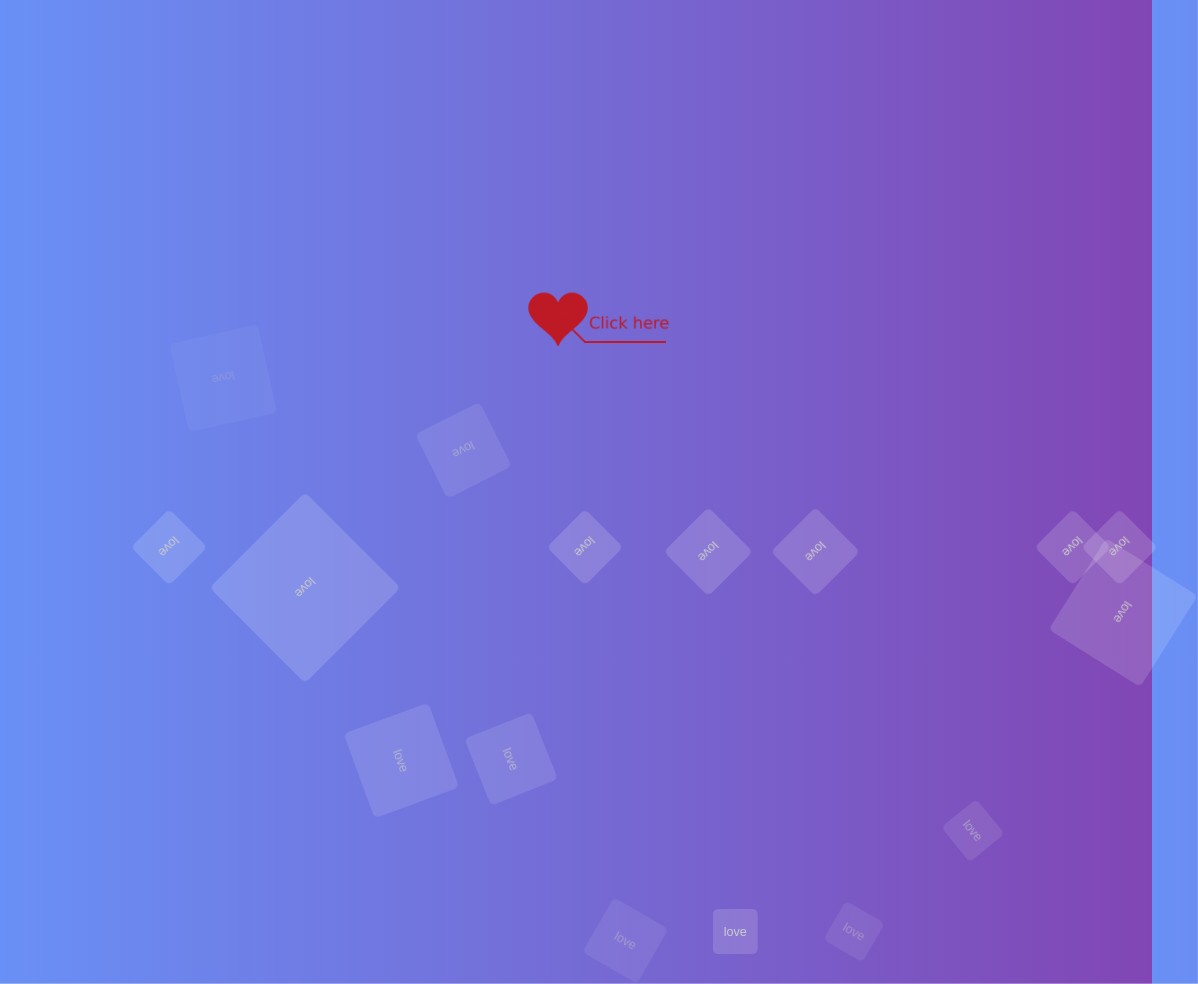
Repository: ddshiyu/qiongqiong
Page: index.html
The author's editor kept a copy of each file at every save. The page is drawn from the files as they stood at one save, then again after the next save.
The browser window is 1280 px wide. The page is 1331 px wide, then 1280 px, so the pictures cover 1331 px, including what lies to the right of the window. The pictures show the whole page, at 90% of full size.

Above is the page before, as saved 2019-12-31 19:16:27.

### index.html
<!DOCTYPE html>

<html xml:lang="en" xmlns="http://www.w3.org/1999/xhtml">

<head>
    <meta http-equiv="Content-Type" content="text/html; charset=UTF-8">
    <title>I will</title>
    <link type="text/css" rel="stylesheet" href="renxi/default.css">
    <script type="text/javascript" src="renxi/jquery.min.js"></script>
    <script type="text/javascript" src="renxi/jscex.min.js"></script>
    <script type="text/javascript" src="renxi/jscex-parser.js"></script>
    <script type="text/javascript" src="renxi/jscex-jit.js"></script>
    <script type="text/javascript" src="renxi/jscex-builderbase.min.js"></script>
    <script type="text/javascript" src="renxi/jscex-async.min.js"></script>
    <script type="text/javascript" src="renxi/jscex-async-powerpack.min.js"></script>
    <script type="text/javascript" src="renxi/functions.js" charset="utf-8"></script>
    <script type="text/javascript" src="renxi/love.js" charset="utf-8"></script>
    <link rel="stylesheet" href="./index.css">
    <style type="text/css">

    </style>
</head>

<body>
    <audio autoplay="autopaly">
        <source src="renxi.mp3" type="audio/mp3" />
    </audio>
    <div id="main">
        <ul class="ball-box">
        <li>love</li>
        <li>love</li>
        <li>love</li>
        <li>love</li>
        <li>love</li>
        <li>love</li>
        <li>love</li>
        <li>love</li>
        <li>love</li>
        <li>love</li>
        <li>love</li>
        <li>love</li>
        <li>love</li>
        <li>love</li>
        <li>love</li>
        <li>love</li>
    </ul>
        <div id="error">本页面采用HTML5编辑，目前您的浏览器无法显示，请换成谷歌(<a
                href="http://www.google.cn/chrome/intl/zh-CN/landing_chrome.html?hl=zh-CN&brand=CHMI">Chrome</a>)或者火狐(<a
                href="http://firefox.com.cn/download/">Firefox</a>)浏览器，或者其他游览器的最新版本。</div>
        <div id="wrap">
            <div id="text">
                <div id="code">
                    <font color="#FF0000">
                            <span>新年快乐，又到了新的一年了</span><br>
                            <span>新的一年一定要立超多flag啊</span><br>
                            <span>说不定就实现了</span><br>
                            <span>琼琼一定要开心</span><br>
                            <span>新工作也要得心应手</span><br>
                            <span>你想学的东西也要坚持学会</span><br>
                            <span>能吃是福，想吃的东西千万不要犹豫</span><br>
                            <span>羡慕你的睡眠，能睡昏天黑地</span><br>
                            <span class="say"> 我知道我不会甜言蜜语，</span><br>
                            <span class="say"> 有些东西因为越在乎所以越怕失去</span><br>
                            <span class="say"> 有时候在你面前好像有点幼稚了</span><br>
                            <span class="say"> 我也要改变这个状态</span><br>
                            <span class="say"> 新的一年，琼琼冲鸭</span><br>
                            <span class="say"> fighting!</span><br>
                            <span class="space"></<span>-- to最好的姑娘</span> </font>
                    <br />
                    <br />
                    </p>
                </div>
            </div>

            <div id="clock-box"> <span class="STYLE1"></span>
                <font color="#FF4500">不知不觉已经认识琼琼</font>
                <span class="STYLE1">
                </span>
                <div id="clock"></div>
            </div>
            <canvas id="canvas" width="1100" height="680"></canvas>
        </div>
    </div>
    <script>
    </script>
    <script>
        (function () {
            var canvas = $('#canvas');

            if (!canvas[0].getContext) {
                $("#error").show();
                return false;
            }

            var width = canvas.width();
            var height = canvas.height();
            canvas.attr("width", width);
            canvas.attr("height", height);
            var opts = {
                seed: {
                    x: width / 2 - 20,
                    color: "rgb(190, 26, 37)",
                    scale: 2
                },
                branch: [
                    [535, 680, 570, 250, 500, 200, 30, 100, [
                        [540, 500, 455, 417, 340, 400, 13, 100, [
                            [450, 435, 434, 430, 394, 395, 2, 40]
                        ]],
                        [550, 445, 600, 356, 680, 345, 12, 100, [
                            [578, 400, 648, 409, 661, 426, 3, 80]
                        ]],
                        [539, 281, 537, 248, 534, 217, 3, 40],
                        [546, 397, 413, 247, 328, 244, 9, 80, [
                            [427, 286, 383, 253, 371, 205, 2, 40],
                            [498, 345, 435, 315, 395, 330, 4, 60]
                        ]],
                        [546, 357, 608, 252, 678, 221, 6, 100, [
                            [590, 293, 646, 277, 648, 271, 2, 80]
                        ]]
                    ]]
                ],
                bloom: {
                    num: 700,
                    width: 1080,
                    height: 650,
                },
                footer: {
                    width: 1200,
                    height: 5,
                    speed: 10,
                }
            }

            var tree = new Tree(canvas[0], width, height, opts);
            var seed = tree.seed;
            var foot = tree.footer;
            var hold = 1;

            canvas.click(function (e) {
                var offset = canvas.offset(), x, y;
                x = e.pageX - offset.left;
                y = e.pageY - offset.top;
                if (seed.hover(x, y)) {
                    hold = 0;
                    canvas.unbind("click");
                    canvas.unbind("mousemove");
                    canvas.removeClass('hand');
                }
            }).mousemove(function (e) {
                var offset = canvas.offset(), x, y;
                x = e.pageX - offset.left;
                y = e.pageY - offset.top;
                canvas.toggleClass('hand', seed.hover(x, y));
            });

            var seedAnimate = eval(Jscex.compile("async", function () {
                seed.draw();
                while (hold) {
                    $await(Jscex.Async.sleep(10));
                }
                while (seed.canScale()) {
                    seed.scale(0.95);
                    $await(Jscex.Async.sleep(10));
                }
                while (seed.canMove()) {
                    seed.move(0, 2);
                    foot.draw();
                    $await(Jscex.Async.sleep(10));
                }
            }));

            var growAnimate = eval(Jscex.compile("async", function () {
                do {
                    tree.grow();
                    $await(Jscex.Async.sleep(10));
                } while (tree.canGrow());
            }));

            var flowAnimate = eval(Jscex.compile("async", function () {
                do {
                    tree.flower(2);
                    $await(Jscex.Async.sleep(10));
                } while (tree.canFlower());
            }));

            var moveAnimate = eval(Jscex.compile("async", function () {
                tree.snapshot("p1", 240, 0, 610, 680);
                while (tree.move("p1", 500, 0)) {
                    foot.draw();
                    $await(Jscex.Async.sleep(10));
                }
                foot.draw();
                tree.snapshot("p2", 500, 0, 610, 680);

                // 会有闪烁不得意这样做, (＞﹏＜)
                canvas.parent().css("background", "url(" + tree.toDataURL('image/png') + ")");
                canvas.css("background", "#ffe");
                $await(Jscex.Async.sleep(300));
                canvas.css("background", "none");
            }));

            var jumpAnimate = eval(Jscex.compile("async", function () {
                var ctx = tree.ctx;
                while (true) {
                    tree.ctx.clearRect(0, 0, width, height);
                    tree.jump();
                    foot.draw();
                    $await(Jscex.Async.sleep(25));
                }
            }));

            var textAnimate = eval(Jscex.compile("async", function () {
                var together = new Date();
                together.setFullYear(2019, 4, 10); 			//时间年月日
                together.setHours(0);						//小时
                together.setMinutes(0);					//分钟
                together.setSeconds(0);					//秒前一位
                together.setMilliseconds(0);				//秒第二位

                $("#code").show().typewriter();
                $("#clock-box").fadeIn(500);
                while (true) {
                    timeElapse(together);
                    $await(Jscex.Async.sleep(1000));
                }
            }));

            var runAsync = eval(Jscex.compile("async", function () {
                $await(seedAnimate());
                $await(growAnimate());
                $await(flowAnimate());
                $await(moveAnimate());

                textAnimate().start();

                $await(jumpAnimate());
            }));

            runAsync().start();
        })();
    </script>


</body>

</html>

### renxi/default.css
body{margin:0;padding:0;background:#FF6A6A;font-size:14px;font-family:'微软雅黑','宋体',sans-serif;color:#231F20;overflow:auto}
a {color:#000;font-size:14px;}
#main{width:100%;}
#wrap{position:relative;margin:0 auto;width:1100px;height:680px;margin-top:10px;}
#text{width:272px;
height:560px;
left:188px;
top:80px;position:absolute;
}
#code{display:none;font-size:16px;}
#clock-box {position:absolute;left:60px;top:550px;font-size:28px;display:none;}
#clock-box a {font-size:28px;text-decoration:none;}
#clock{margin-left:48px;}
#clock .digit {font-size:64px;}
#canvas{margin:0 auto;width:1100px;height:680px;}
#error{margin:0 auto;text-align:center;margin-top:60px;display:none;}
.hand{cursor:pointer;}
.say{margin-left:5px;}
.space{margin-right:150px;}

### renxi/functions.js
/*
 * http://love.hackerzhou.me
 */

// variables
var $win = $(window);
var clientWidth = $win.width();
var clientHeight = $win.height();

$(window).resize(function() {
    var newWidth = $win.width();
    var newHeight = $win.height();
    if (newWidth != clientWidth && newHeight != clientHeight) {
        location.replace(location);
    }
});

(function($) {
	$.fn.typewriter = function() {
		this.each(function() {
			var $ele = $(this), str = $ele.html(), progress = 0;
			$ele.html('');
			var timer = setInterval(function() {
				var current = str.substr(progress, 1);
				if (current == '<') {
					progress = str.indexOf('>', progress) + 1;
				} else {
					progress++;
				}
				$ele.html(str.substring(0, progress) + (progress & 1 ? '_' : ''));
				if (progress >= str.length) {
					clearInterval(timer);
				}
			}, 75);
		});
		return this;
	};
})(jQuery);

function timeElapse(date){
	var current = Date();
	var seconds = (Date.parse(current) - Date.parse(date)) / 1000;
	var days = Math.floor(seconds / (3600 * 24));
	seconds = seconds % (3600 * 24);
	var hours = Math.floor(seconds / 3600);
	if (hours < 10) {
		hours = "0" + hours;
	}
	seconds = seconds % 3600;
	var minutes = Math.floor(seconds / 60);
	if (minutes < 10) {
		minutes = "0" + minutes;
	}
	seconds = seconds % 60;
	if (seconds < 10) {
		seconds = "0" + seconds;
	}
	var result = "第 <span class=\"digit\">" + days + "</span> 天 <span class=\"digit\">" + hours + "</span> 小时 <span class=\"digit\">" + minutes + "</span> 分钟 <span class=\"digit\">" + seconds + "</span> 秒";
	$("#clock").html(result);
}

### index.css
body{
    background: linear-gradient(270deg, #8146b4, #6990f6);
    height:100vh;
}
.ball-box{
    width:100vw;
    height:100%;
    margin:0 auto;
    position:relative;
}
.ball-box li{
    position:absolute;
    display:flex;
    justify-content:center;
    align-items:center;
    width:50px;
    height:50px;
    left:0;
    top:1000px;
    background-color:rgba(255,255,255,0.15);
    border-radius:6px;
    color:#ccc;
    animation:ball 11s infinite;
}
.ball-box li:nth-child(1){
    animation-duration:8s;
    width:150px;
    height:150px;
    animation-delay: 1s;
    left:20%;
}
.ball-box li:nth-child(2){
    width:100px;
    animation-delay: 2s;
    height:100px;
    left:30%;
}
.ball-box li:nth-child(3){
    animation-delay: 3s;
    animation-duration:9s;
    width:80px;
    height:80px;
    left:40%;
}
.ball-box li:nth-child(4){
    width:70px;
    height:70px;
    animation-duration:5s;
    left:50%;
}
.ball-box li:nth-child(5){
    animation-duration:10s;
    animation-delay: 6s;
    left:60%;
}
.ball-box li:nth-child(6){
    animation-duration:5s;
    left:70%;
}
.ball-box li:nth-child(7){
    animation-delay: 4s;
    left:80%;
}
.ball-box li:nth-child(8){
    animation-duration:10s;
    width:120px;
    animation-delay: 1s;
    height:120px;
    left:90%;
}
.ball-box li:nth-child(9){
    height:70px;
    animation-duration:10s;
    width:70px;
    left:66%;
}
.ball-box li:nth-child(10){
    height:70px;
    width:70px;
    animation-duration:10s;
    left:57%;
}
.ball-box li:nth-child(11){
    height:100px;
    width:100px;
    animation-duration:7s;
    left:15%;
}
.ball-box li:nth-child(12){
    height:80px;
    width:80px;
    animation-duration:8s;
    left:36%;
}
.ball-box li:nth-child(13){
    height:60px;
    animation-duration:10s;
    width:60px;
    left:12%;
}
.ball-box li:nth-child(14){
    height:60px;
    animation-duration:10s;
    width:60px;
    left:92%;
}
.ball-box li:nth-child(15){
    height:60px;
    animation-duration:10s;
    width:60px;
    left:88%;
}
.ball-box li:nth-child(16){
    height:60px;
    animation-duration:10s;
    width:60px;
    left:47%;
}
@keyframes ball{
    0%{
        opacity:0.5;
        transform:rotateZ(30deg)
    }
    30%{
        opacity:0.75;
        transform:translateY(-30vh) rotateZ(70deg);

    }
    50%{
        opacity:1;
        transform:translateY(-60vh) rotateZ(135deg);
    }
    100%{
        opacity:0;
        transform:translateY(-100vh) rotateZ(180deg)
    }
}

Loaded but not shown: renxi/jquery.min.js (library); renxi/jscex.min.js (common file); renxi/jscex-builderbase.min.js (common file); renxi/jscex-async.min.js (library); renxi/jscex-async-powerpack.min.js (library); renxi/jscex-parser.js (1352 lines, source omitted); renxi/jscex-jit.js (1406 lines, source omitted); renxi/love.js (533 lines, source omitted)

After the next save:
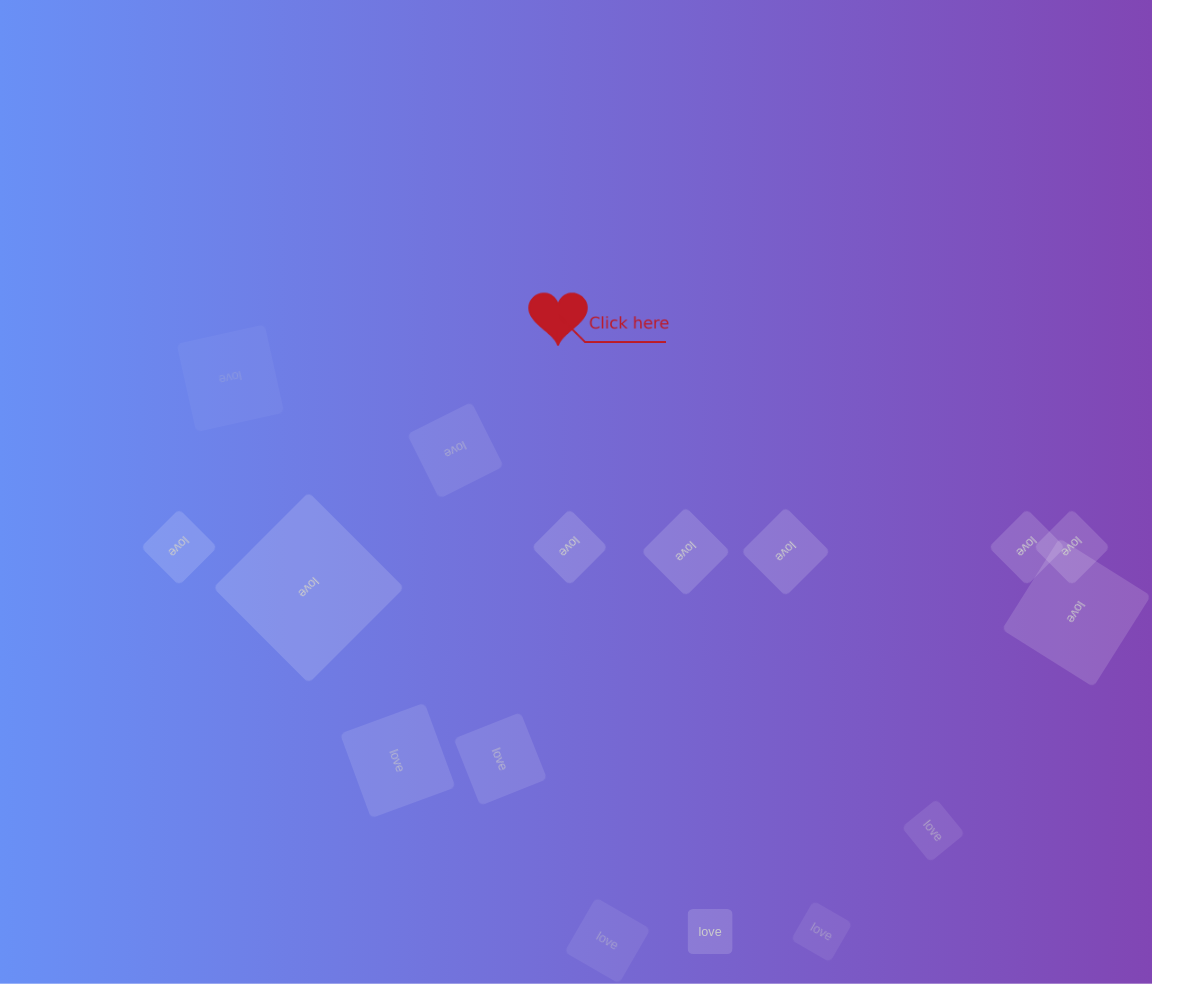
Saved 35 s later.
--- a/index.css
+++ b/index.css
@@ -3,7 +3,7 @@ body{
     height:100vh;
 }
 .ball-box{
-    width:100vw;
+    width:1200px;
     height:100%;
     margin:0 auto;
     position:relative;
